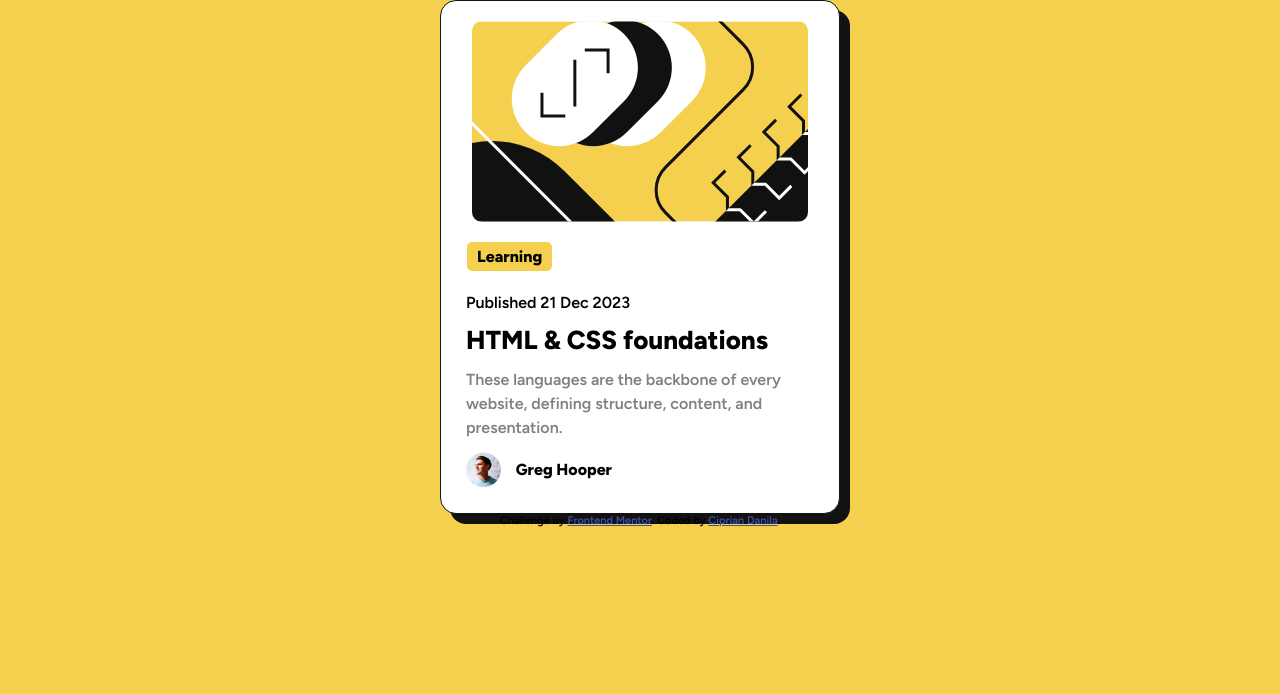
Repository: cipdanila/blog-preview-card
Page: index.html
These files come from the project's save history. The page is drawn as it stood at one moment and after the next save; the edit follows.
The browser window is 1280 px wide. The pictures show the whole page.

Above is the page before, as saved 2024-01-26 19:19:23.

After the next save:
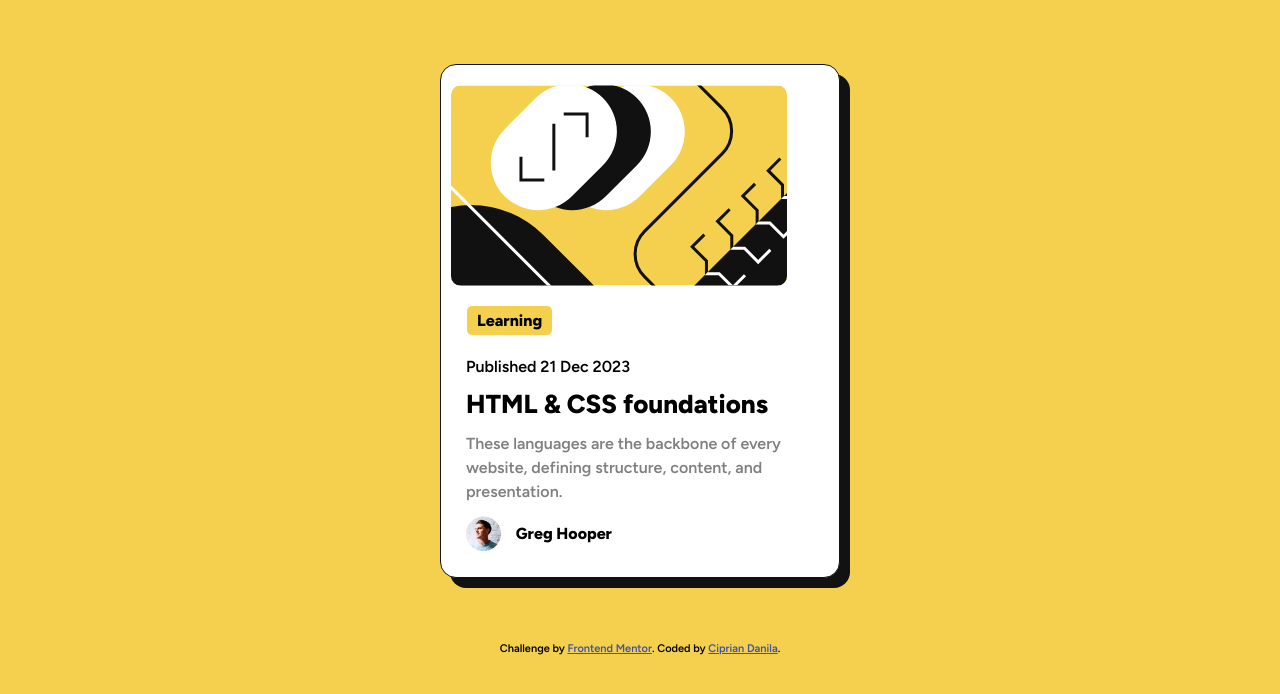
Saved 20 s later.
--- a/style.css
+++ b/style.css
@@ -20,6 +20,8 @@
 body {
     display: flex;
     flex-direction: column;
+    justify-content: center;
+    align-items: center;
     font-family: 'Figtree', sans-serif;
     font-size: 16px;
     font-weight: 600;
@@ -28,15 +30,13 @@
 
 .container {
     max-width: 400px;
-    margin: auto;
+    margin: 4rem auto;
     padding: 1.25rem 0.625rem;
     border-radius: 1rem;
     border: 1px solid var(--black);
     box-shadow: 10px 10px var(--black);
     display: flex;
     flex-direction: column;
-    justify-content: center;
-    align-items: center;
     background-color: var(--white);
 }
 
